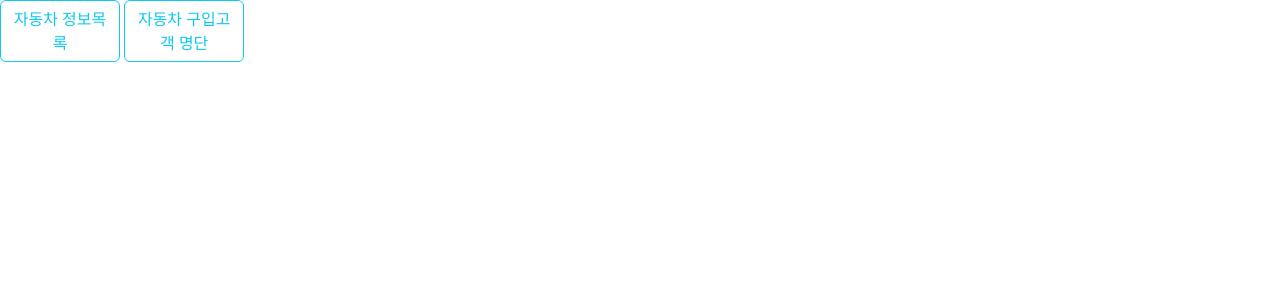
Repository: ssung2sin/sist0615_spring
Page: http://localhost/SpringMysql6/
An editor plug-in stored every save of this project. The page is shown before and after the next save, followed by the edit.
The browser window is 1280 px wide. The pictures show the whole page.
Some web fonts or font styles are not loaded; a fallback is used. The page is served by Tomcat 9. Nobody is signed in. The application's start-up code is not run.

Above is the page before, as saved 2023-10-12 01:09:01.

After the next save:
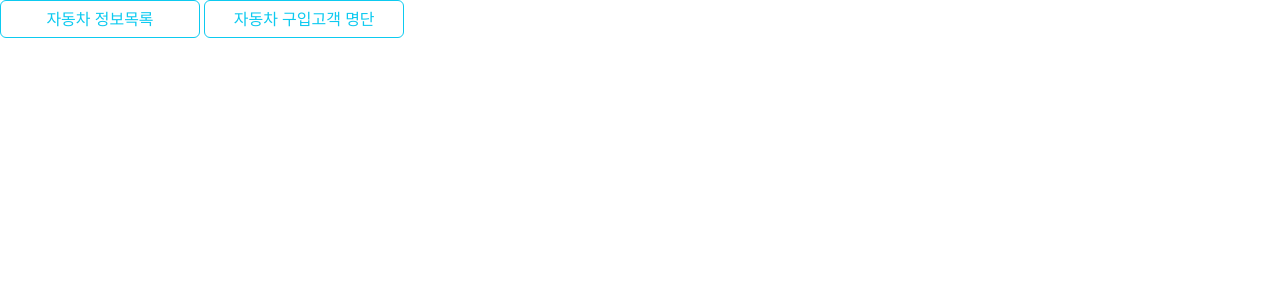
Saved 8 s later.
--- a/SpringMysql6/src/main/webapp/index.jsp
+++ b/SpringMysql6/src/main/webapp/index.jsp
@@ -14,8 +14,8 @@
 <body>
 <%-- <c:redirect url="kakao/list"/> --%>
 <button type="button" class="btn btn-outline-info"
-style="width: 120px;" onclick="location.href='kakao/list'">자동차 정보목록</button>
+style="width: 200px;" onclick="location.href='kakao/list'">자동차 정보목록</button>
 <button type="button" class="btn btn-outline-info"
-style="width: 120px;" onclick="location.href='member/list'">자동차 구입고객 명단</button>
+style="width: 200px;" onclick="location.href='member/list'">자동차 구입고객 명단</button>
 </body>
 </html>
